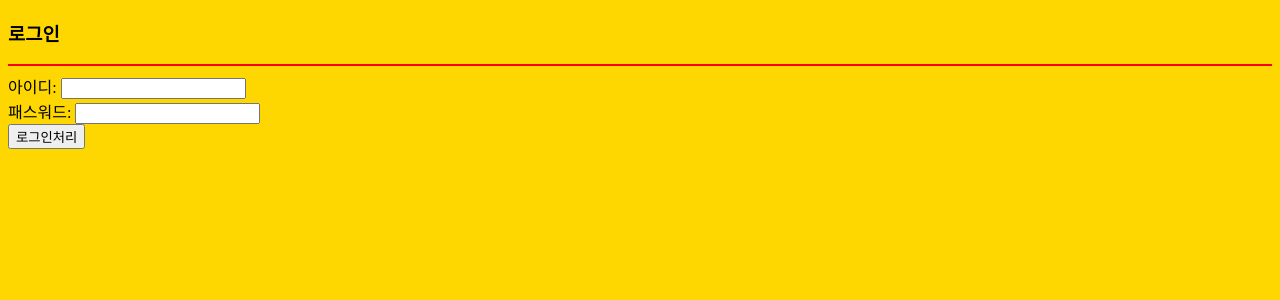
Repository: skywalker221-Minsoo/Java-project
Page: http://localhost/SecondProject/enter.jsp
An editor plug-in stored every save of this project. The page is shown before and after the next save, followed by the edit.
The browser window is 1280 px wide. The pictures show the whole page.
The page is served by Tomcat 9. Nobody is signed in. The application's start-up code is not run. Other server files are loaded and not shown.

Above is the page before, as saved 2021-04-12 12:43:27.

### SecondProject/src/main/webapp/enter.jsp
<%@ page language="java" contentType="text/html; charset=UTF-8"
    pageEncoding="UTF-8"%>
<!DOCTYPE html>
<html>
<head>
<meta charset="UTF-8">
<title>다나와pc 로그인</title>
</head>
<body bgcolor = "gold">
<h3>로그인</h3>
<hr color="red">
<% if(session.getAttribute("user_Id") == null) {%>
<form action="enter">
아이디: <input type="text" name="user_id"><br>
패스워드: <input type="text" name="user_pw"><br>
<input type="submit" value="로그인처리">
<%}else{ %>
${user_Id}님 환영합니다.
<%} %>
</form>

</body>
</html>

Loaded but not shown: SecondProject/src/main/webapp/resources/css/out.css (common file)

After the next save:
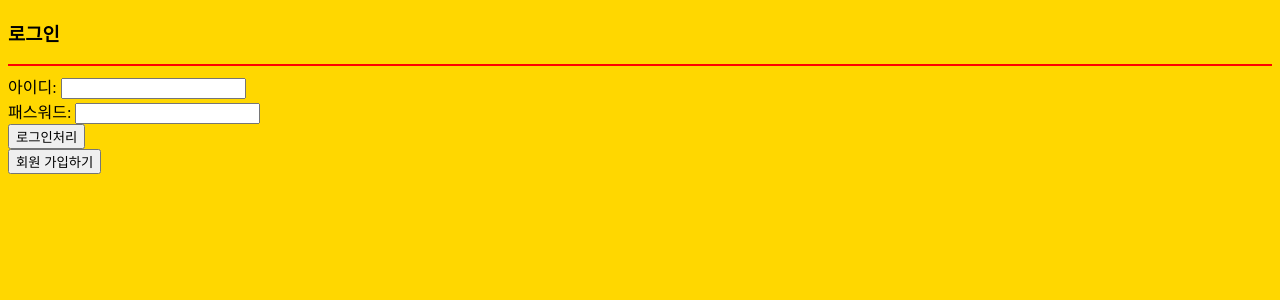
Saved 4 min 41 s later.
--- a/SecondProject/src/main/webapp/enter.jsp
+++ b/SecondProject/src/main/webapp/enter.jsp
@@ -5,6 +5,7 @@
 <head>
 <meta charset="UTF-8">
 <title>다나와pc 로그인</title>
+<link rel="stylesheet" type="text/css" href="resources/css/out.css">
 </head>
 <body bgcolor = "gold">
 <h3>로그인</h3>
@@ -15,9 +16,11 @@
 패스워드: <input type="text" name="user_pw"><br>
 <input type="submit" value="로그인처리">
 <%}else{ %>
-${user_Id}님 환영합니다.
-<%} %>
+${user_Id}님 환영합니다.<a href=select?user_id=${user_Id}>내정보보기</a>
+<%} %> <br>
+
 </form>
+<a href="insert.jsp"><button>회원 가입하기</button></a>
 
 </body>
 </html>
